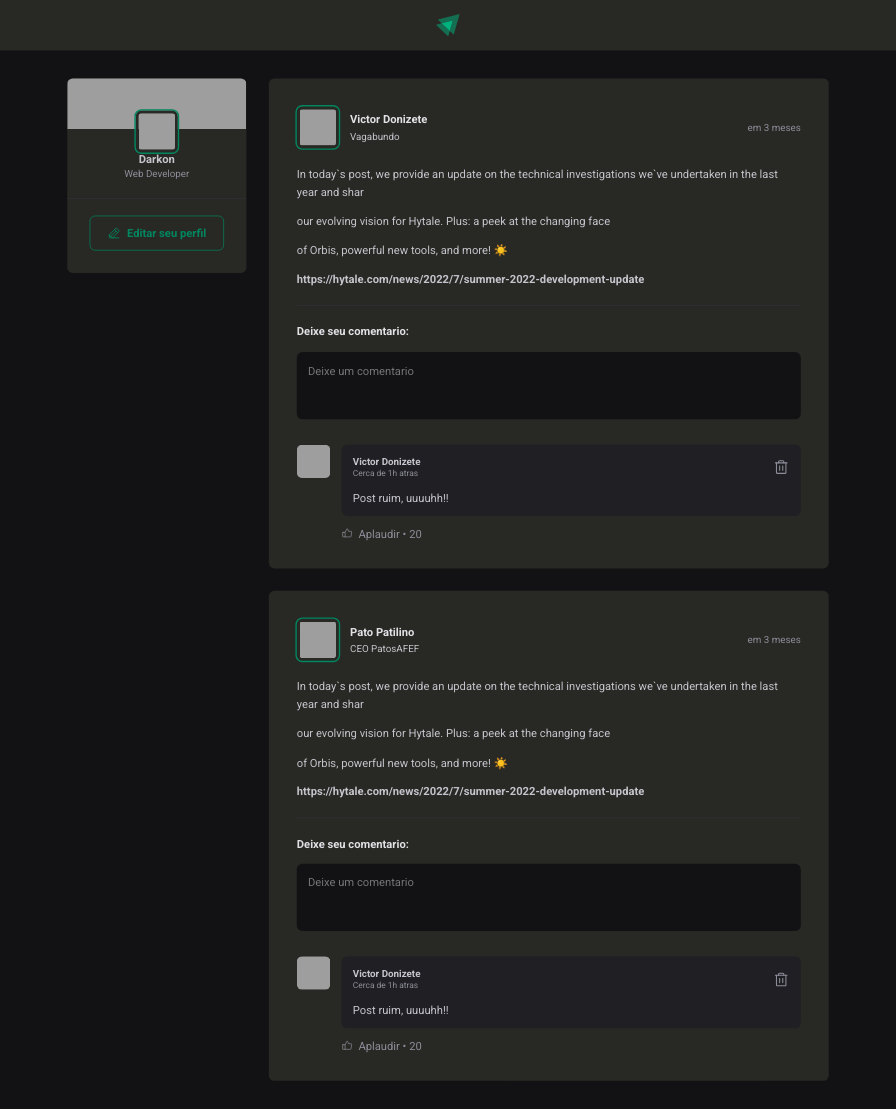
Repository: viviij/PseudoRedeSocial
Page: /
An editor plug-in stored every save of this project. The page is shown before and after the next save, followed by the edit.
The browser window is 1280 px wide. The pictures show the whole page, at 70% of full size.
Pictures or frames that could not be fetched are drawn as grey boxes. The project was rebuilt for these pictures with package versions that can differ from the ones it lists, and the page was loaded fresh each time. Also part of the build but not shown: vite.config.js.

Above is the page before, as saved 2022-10-20 17:33:41.

After the next save:
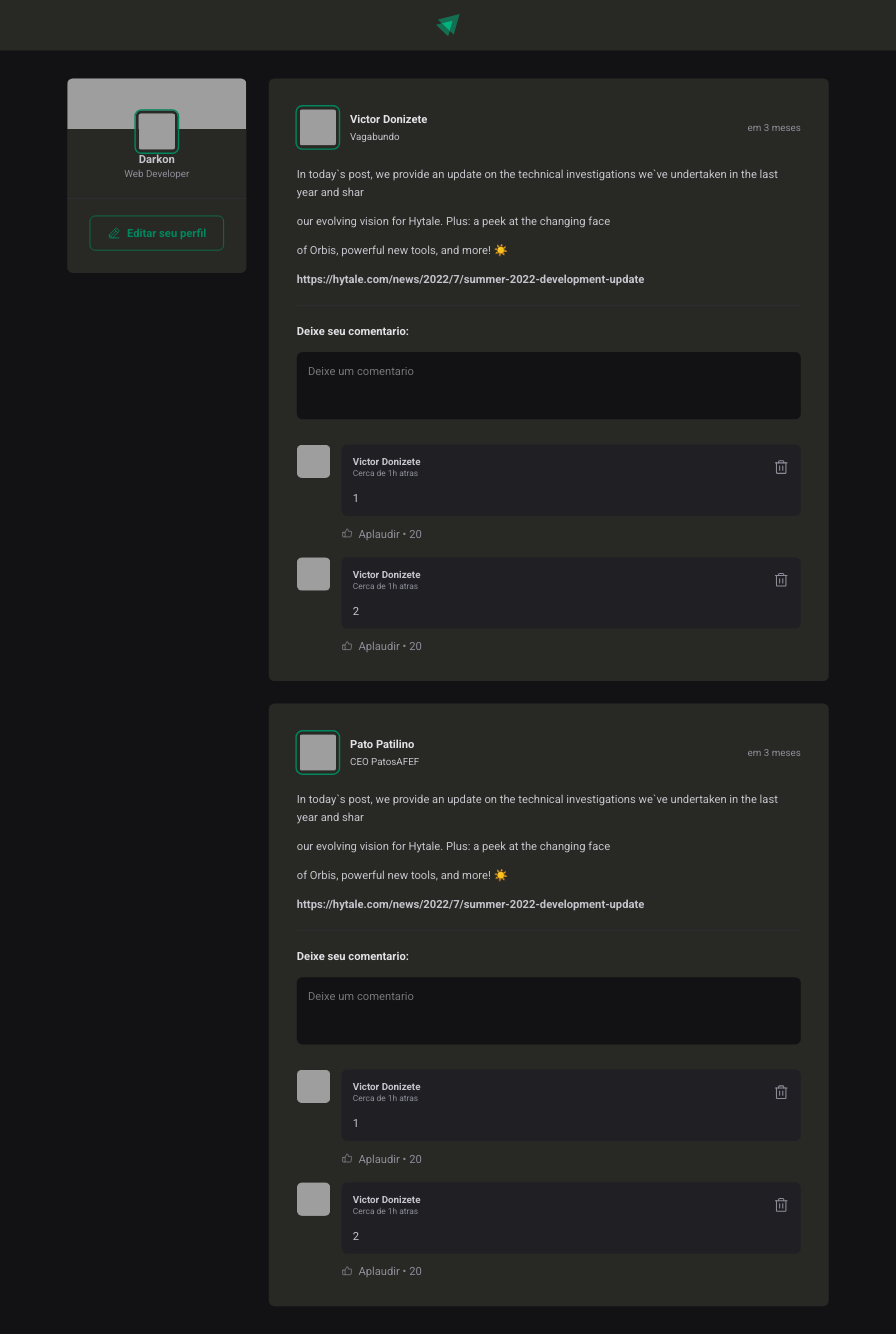
Saved 8 min 18 s later.
--- a/src/components/Post.jsx
+++ b/src/components/Post.jsx
@@ -9,7 +9,8 @@ import styles from "./Post.module.css"
 export function Post({ author, publishedAt, content }) {
 
   const [comments, setComments] = useState([
-    'Post ruim, uuuuhh!!'
+    1,
+    2,
   ])
 
   const publishedDateFormatted = format(publishedAt, "d 'de' LLLL 'às' HH:mm'h'", {
